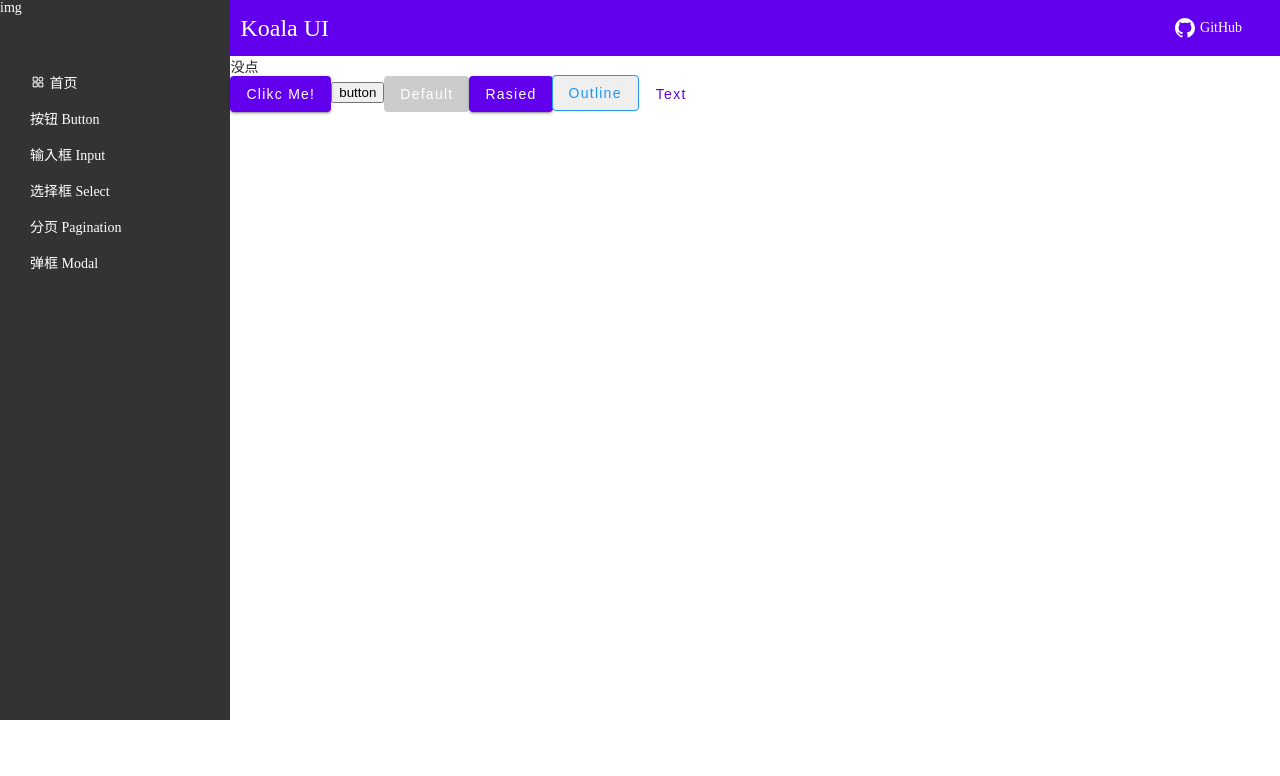
Repository: wyhsunflower/koalaUI
Page: /
An editor plug-in stored every save of this project. The page is shown before and after the next save, followed by the edit.
The browser window is 1280 px wide. The pictures show the whole page.
The project was rebuilt for these pictures with package versions that can differ from the ones it lists, and the page was loaded fresh each time. Also part of the build but not shown: webpack.config.js, src/components/Modal/Modal.vue. Imported but missing from the stored project, and not drawn on this page: src/views/go/go2.vue.

Above is the page before, as saved 2020-03-15 21:55:07.

After the next save:
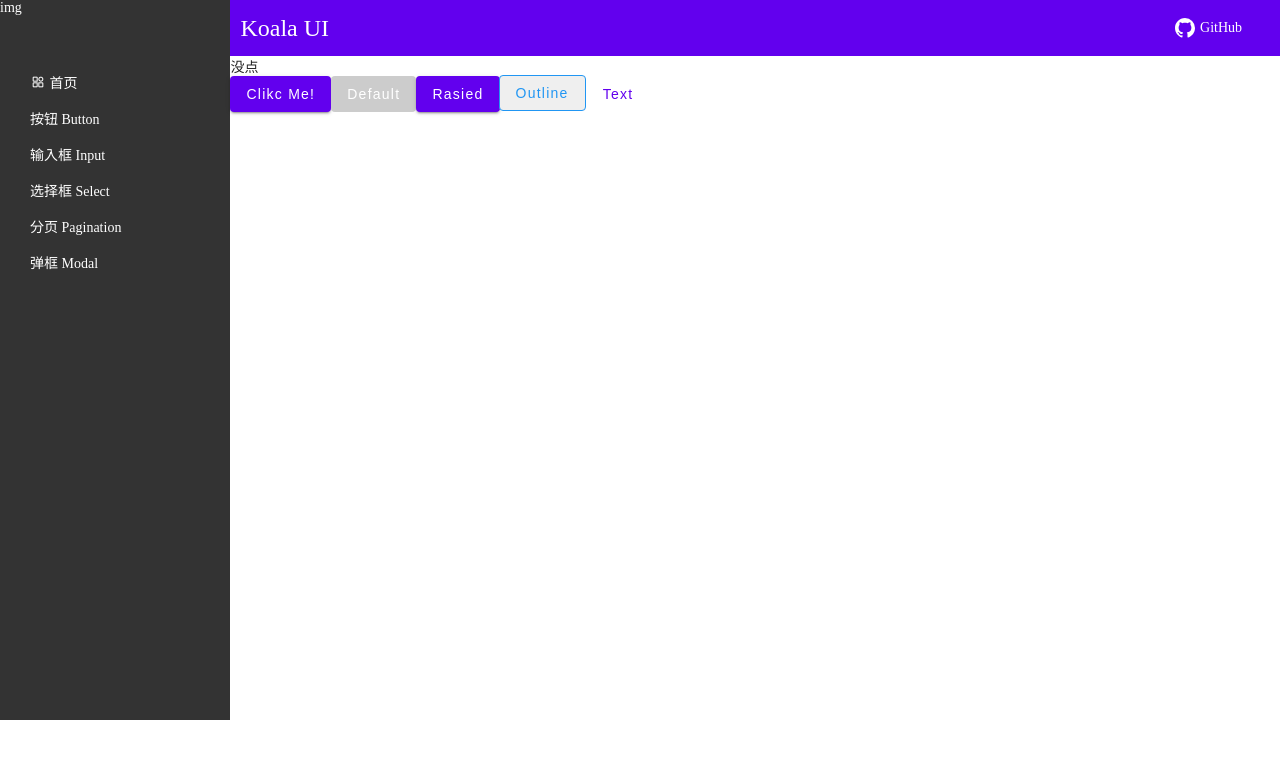
Saved 10 s later.
--- a/src/views/home.vue
+++ b/src/views/home.vue
@@ -2,7 +2,6 @@
     <div class="main-container">
         <div>{{message}}</div>
          <Button @click="showModal" type="rasied" color="custom">Clikc Me!</Button>
-        <button @click="showModal">button</button>
         <Modal v-if="modal" :self="this" :confirmCallback="confirmWay" :cancelCallback="cancelWay">
             <div>Modal组件</div>
             <div>Modal组件</div>
